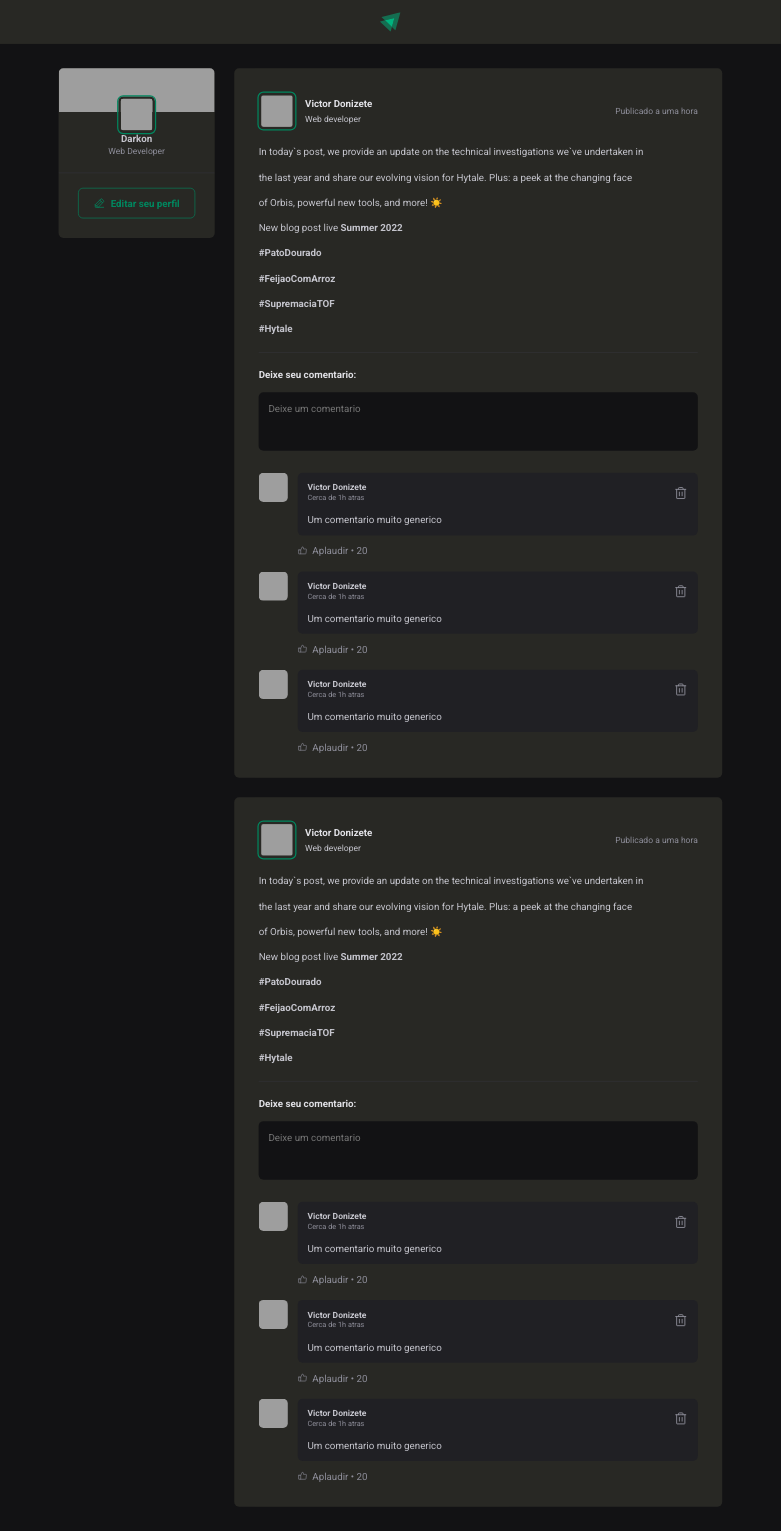
Repository: viviij/PseudoRedeSocial
Page: /
The author's editor kept a copy of each file at every save. The page is drawn from the files as they stood at one save, then again after the next save.
The browser window is 1280 px wide. The pictures show the whole page, at 61% of full size.
Pictures or frames that could not be fetched are drawn as grey boxes. The project was rebuilt for these pictures with package versions that can differ from the ones it lists, and the page was loaded fresh each time. Also part of the build but not shown: vite.config.js.

Above is the page before, as saved 2022-10-17 14:08:49.

After the next save:
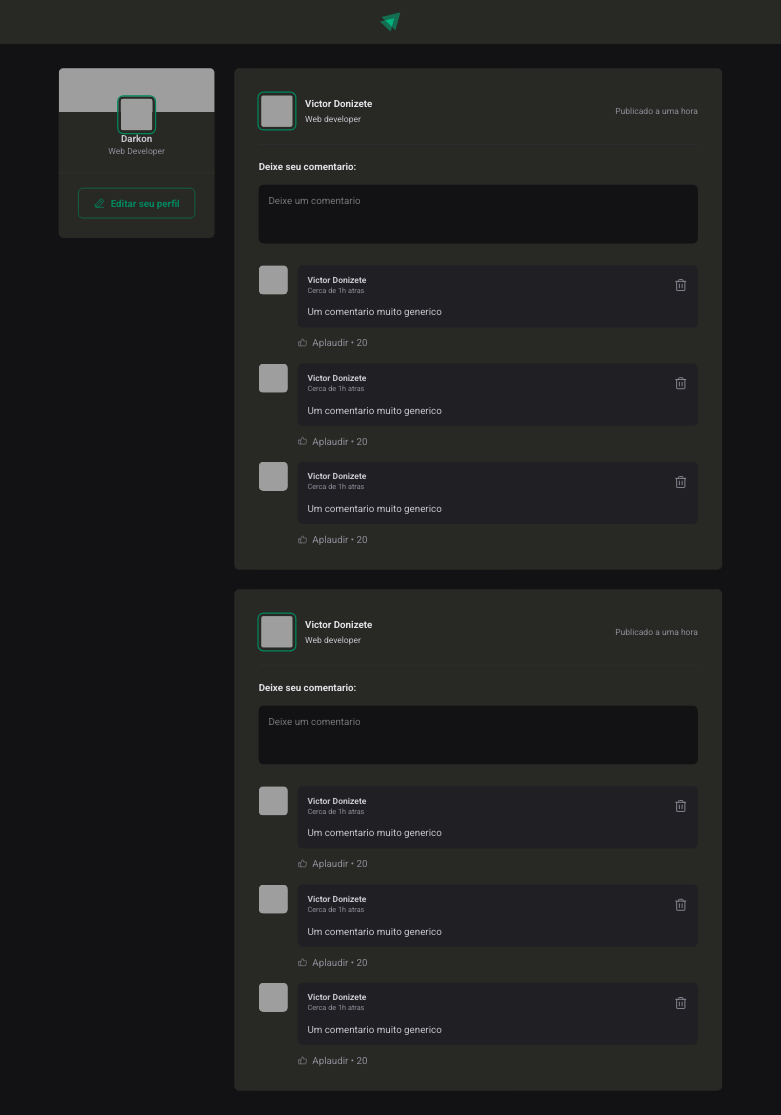
Saved 8 min 49 s later.
--- a/src/components/Post.jsx
+++ b/src/components/Post.jsx
@@ -15,17 +15,6 @@ export function Post() {
         </div>
         <time title="1 de agosto as 00:13h" dateTime="2022-05-11 00:13:46">Publicado a uma hora</time>
       </header>
-
-      <div className={styles.content}>
-        <p> In today`s post, we provide an update on the technical investigations we`ve undertaken in</p> <p> the last year and share our evolving vision for Hytale. Plus: a peek at the changing face </p>
-        <p> of Orbis, powerful new tools, and more! ☀️ </p>
-        <p>New blog post live <a href="https://hytale.com/news/2022/7/summer-2022-development-update">Summer 2022</a></p>
-
-        <p><a href="#">#PatoDourado</a></p>{' '}
-        <p><a href="#">#FeijaoComArroz</a></p>{' '}
-        <p><a href="#">#SupremaciaTOF</a></p>{' '}
-        <p><a href="#">#Hytale</a></p>
-      </div>
 
       <form className={styles.commentForm}>
         <strong>Deixe seu comentario: </strong>
